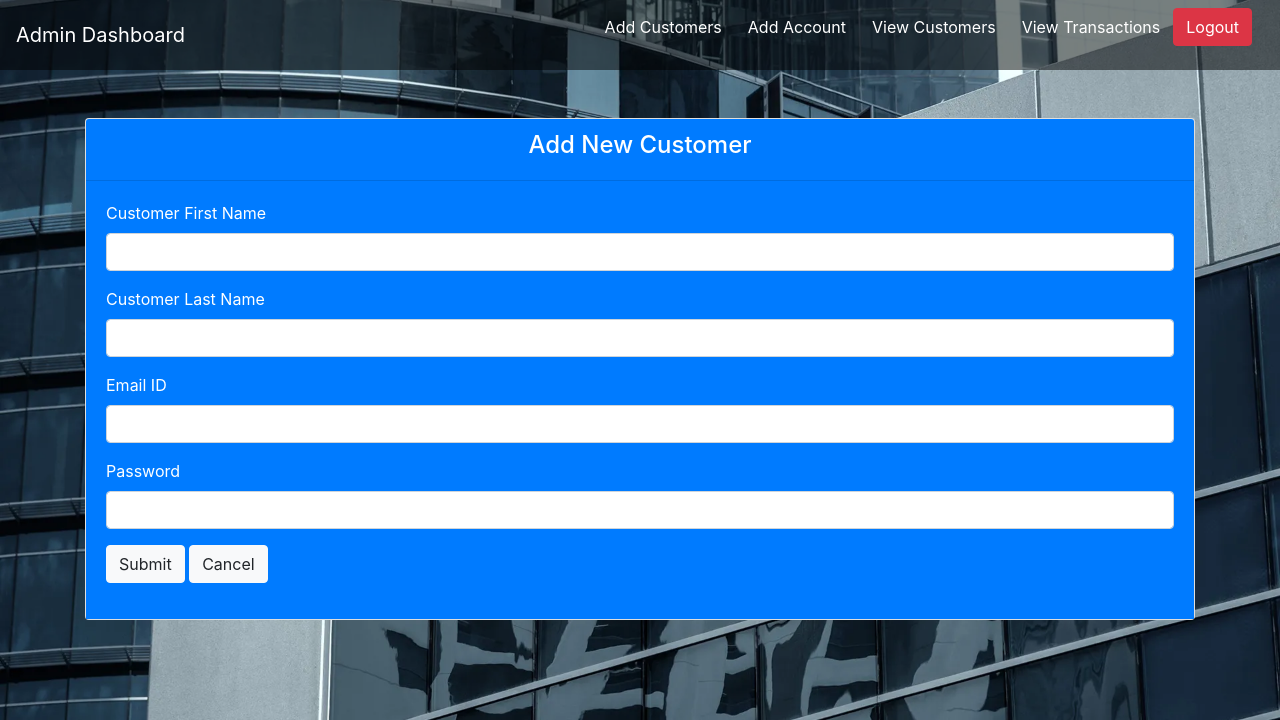
Repository: prathamsuhasia/swabhav-mini-project
Page: http://localhost/01-mini-project/AddNewCustomer.jsp
These files come from the project's save history. The page is drawn as it stood at one moment and after the next save; the edit follows.
The browser window is 1280 px wide. The pictures show the whole page.
The page is served by Tomcat 9. The session is filled in as if someone had signed in: {"username": "testuser", "admin": "admin"}. Other server files are loaded and not shown.

Above is the page before, as saved 2024-08-15 18:38:32.

### 01-mini-project/WebContent/AddNewCustomer.jsp
<%@ page language="java" contentType="text/html; charset=ISO-8859-1"
    pageEncoding="ISO-8859-1"%>
<%@ page language="java" contentType="text/html; charset=ISO-8859-1"%>
<%@ include file="navbar.jsp" %>

<!DOCTYPE html PUBLIC "-//W3C//DTD HTML 4.01 Transitional//EN" "http://www.w3.org/TR/html4/loose.dtd">
<html>
<head>
<meta http-equiv="Content-Type" content="text/html; charset=ISO-8859-1">
 <title>Add New Customer</title>
    <link rel="stylesheet" href="https://stackpath.bootstrapcdn.com/bootstrap/4.5.2/css/bootstrap.min.css">
</head>
<body>
    <div class="container mt-5">
        <div class="card">
            <div class="card-header bg-primary text-white text-center">
                <h4>Add New Customer</h4>
            </div>
            <div class="card-body bg-primary">
                <form action="AddNewCustomer" method="post" onsubmit="return validateForm()">
                    <div class="form-group">
                        <label for="firstName" class="text-white">Customer First Name</label>
                        <input type="text" class="form-control" id="firstName" name="firstName" required>
                    </div>
                    <div class="form-group">
                        <label for="lastName" class="text-white">Customer Last Name</label>
                        <input type="text" class="form-control" id="lastName" name="lastName" required>
                    </div>
                    <div class="form-group">
                        <label for="email" class="text-white">Email ID</label>
                        <input type="email" class="form-control" id="email" name="email" required>
                    </div>
                    <div class="form-group">
                        <label for="password" class="text-white">Password</label>
                        <input type="password" class="form-control" id="password" name="password" required>
                    </div>
                    <button type="submit" class="btn btn-light">Submit</button>
                    <button type="reset" class="btn btn-light">Cancel</button>
                </form>
            </div>
        </div>
    </div>

    <script>
        function validateForm() {
            var email = document.getElementById("email").value;
            var isValid = false;


            var xhr = new XMLHttpRequest();
            xhr.open("POST", "CheckEmailServlet", false);
            xhr.setRequestHeader("Content-type", "application/x-www-form-urlencoded");
            xhr.onreadystatechange = function () {
                if (xhr.readyState === 4 && xhr.status === 200) {
                    isValid = xhr.responseText === "true";
                }
            };
            xhr.send("email=" + email);

            if (!isValid) {
                alert("Email ID is already in use. Please enter a different email.");
                return false;
            }
            return true;
        }
    </script>
</body>
</html>

### 01-mini-project/WebContent/navbar.jsp
<%@ taglib uri="http://java.sun.com/jsp/jstl/core" prefix="c" %>
<%@ page language="java" contentType="text/html; charset=ISO-8859-1"%>
<%
response.setHeader("Cache-Control", "no-cache, no-store, must-revalidate");
response.setHeader("Pragma", "no-cache");
response.setDateHeader("Expires", 0);
%>
<%
    HttpSession sessions = request.getSession(false);
    if (session == null || session.getAttribute("username") == null || !"admin".equals(session.getAttribute("admin"))) {
        // No session or user not logged in, redirect to the login page
        response.sendRedirect("Index.jsp");
        return;
    }
%>
<style>
body {
	background-image: url('Bank.webp');
	background-size: cover;
	background-position: center;
	color: #fff;
	font-family: Arial, sans-serif;
	position: relative;
    z-index: 1;
}

.navbar {
	background-color: rgba(0, 0, 0, 0.5);
	margin-bottom: 20px;
}

.navbar-brand {
	color: #f8f9fa;
}

.navbar-nav .nav-link {
	color: #f8f9fa !important;
}

.navbar-nav .nav-link:hover {
	color: #e9ecef !important;
}
    .navbar .btn-link {
        color: white;
        text-decoration: none;
    }

    .navbar .btn-link:hover {
        color: #ffc107; /* Change to your desired hover color */
    }
</style>
<nav class="navbar navbar-expand-lg">
    <a class="navbar-brand" href="Admin.jsp" style="color: white;">Admin Dashboard</a>
    <div class="collapse navbar-collapse justify-content-end">
        <ul class="navbar-nav">
            <li class="nav-item">
                <form action="AdminController" method="post" class="nav-item">
                    <button type="submit" name="action" value="AddCustomers" class="btn btn-link">Add Customers</button>
                </form>
            </li>
            <li class="nav-item">
                <form action="AdminController" method="post" class="nav-item">
                    <button type="submit" name="action" value="AddAccount" class="btn btn-link">Add Account</button>
                </form>
            </li>
            <li class="nav-item">
                <form action="AdminController" method="post" class="nav-item">
                    <button type="submit" name="action" value="ViewCustomers" class="btn btn-link">View Customers</button>
                </form>
            </li>
            <li class="nav-item">
                <form action="AdminController" method="post" class="nav-item">
                    <button type="submit" name="action" value="ViewTransactions" class="btn btn-link">View Transactions</button>
                </form>
            </li>
            <li class="nav-item">
                <form action="LogoutServlet">
                    <button type="submit" class="btn btn-danger" style="margin-right:12px;">Logout</button>
                </form>
            </li>
        </ul>
    </div>
</nav>

After the next save:
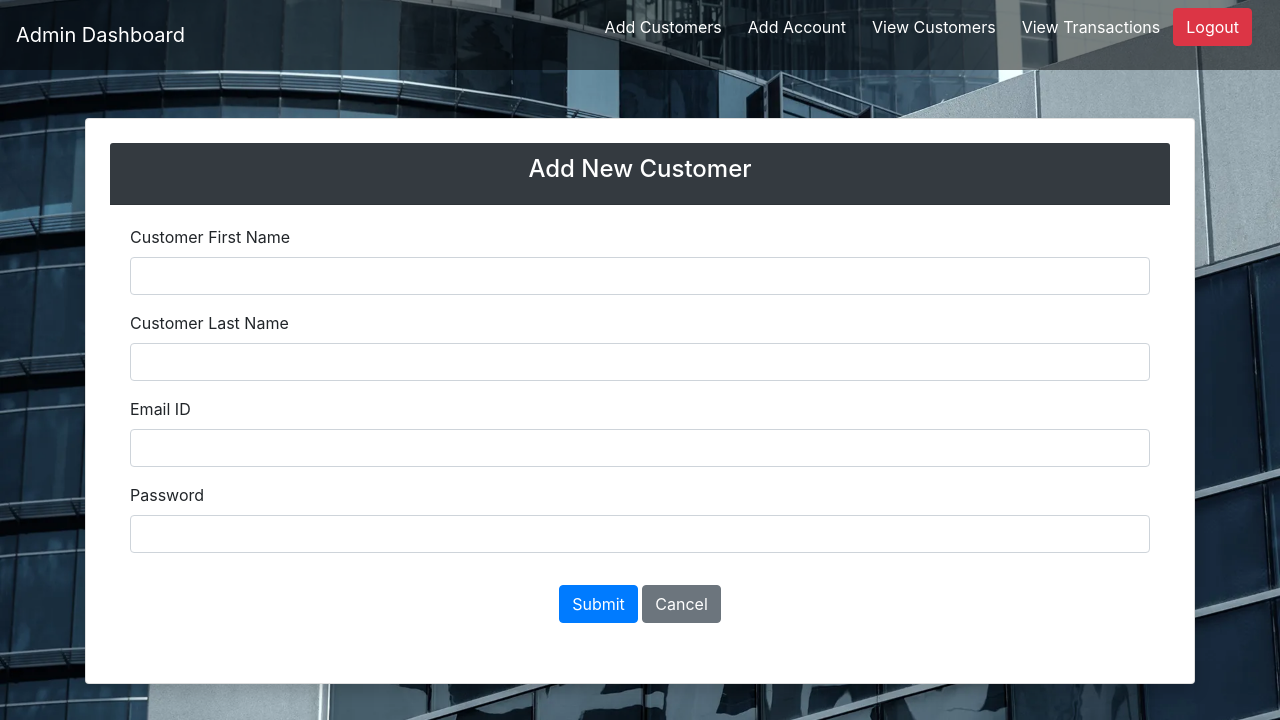
Saved 2 min 9 s later.
--- a/01-mini-project/WebContent/AddNewCustomer.jsp
+++ b/01-mini-project/WebContent/AddNewCustomer.jsp
@@ -1,41 +1,42 @@
 <%@ page language="java" contentType="text/html; charset=ISO-8859-1"
     pageEncoding="ISO-8859-1"%>
-<%@ page language="java" contentType="text/html; charset=ISO-8859-1"%>
 <%@ include file="navbar.jsp" %>
 
 <!DOCTYPE html PUBLIC "-//W3C//DTD HTML 4.01 Transitional//EN" "http://www.w3.org/TR/html4/loose.dtd">
 <html>
 <head>
 <meta http-equiv="Content-Type" content="text/html; charset=ISO-8859-1">
- <title>Add New Customer</title>
-    <link rel="stylesheet" href="https://stackpath.bootstrapcdn.com/bootstrap/4.5.2/css/bootstrap.min.css">
+<title>Add New Customer</title>
+<link rel="stylesheet" href="https://stackpath.bootstrapcdn.com/bootstrap/4.5.2/css/bootstrap.min.css">
 </head>
 <body>
     <div class="container mt-5">
-        <div class="card">
-            <div class="card-header bg-primary text-white text-center">
+        <div class="card shadow p-4">
+            <div class="card-header bg-dark text-white text-center">
                 <h4>Add New Customer</h4>
             </div>
-            <div class="card-body bg-primary">
+            <div class="card-body">
                 <form action="AddNewCustomer" method="post" onsubmit="return validateForm()">
                     <div class="form-group">
-                        <label for="firstName" class="text-white">Customer First Name</label>
+                        <label for="firstName">Customer First Name</label>
                         <input type="text" class="form-control" id="firstName" name="firstName" required>
                     </div>
                     <div class="form-group">
-                        <label for="lastName" class="text-white">Customer Last Name</label>
+                        <label for="lastName">Customer Last Name</label>
                         <input type="text" class="form-control" id="lastName" name="lastName" required>
                     </div>
                     <div class="form-group">
-                        <label for="email" class="text-white">Email ID</label>
+                        <label for="email">Email ID</label>
                         <input type="email" class="form-control" id="email" name="email" required>
                     </div>
                     <div class="form-group">
-                        <label for="password" class="text-white">Password</label>
+                        <label for="password">Password</label>
                         <input type="password" class="form-control" id="password" name="password" required>
                     </div>
-                    <button type="submit" class="btn btn-light">Submit</button>
-                    <button type="reset" class="btn btn-light">Cancel</button>
+                    <div class="text-center">
+                        <button type="submit" class="btn btn-primary mt-3">Submit</button>
+                        <button type="reset" class="btn btn-secondary mt-3">Cancel</button>
+                    </div>
                 </form>
             </div>
         </div>
@@ -45,7 +46,6 @@
         function validateForm() {
             var email = document.getElementById("email").value;
             var isValid = false;
-
 
             var xhr = new XMLHttpRequest();
             xhr.open("POST", "CheckEmailServlet", false);
